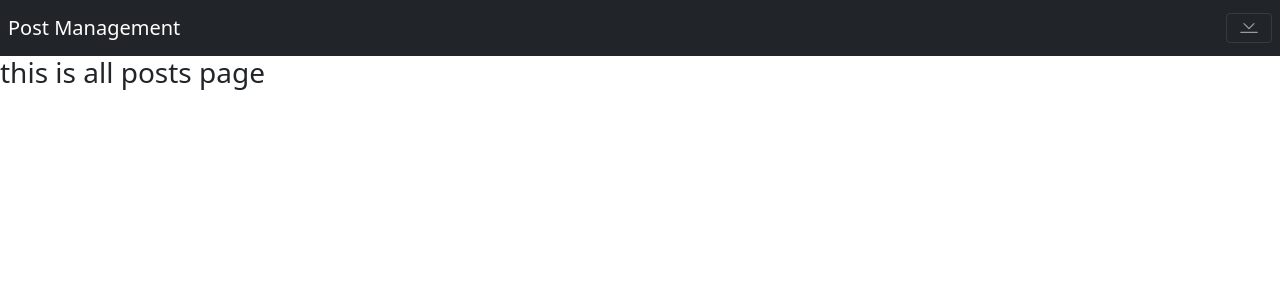
Repository: huynhnt1406/mySocialApp
Page: / (app in client/post-application/)
These files come from the project's save history. The page is drawn as it stood at one moment and after the next save; the edit follows.
The browser window is 1280 px wide. The pictures show the whole page.
The page's requests for data from a server got no answer. The project was rebuilt for these pictures with package versions that can differ from the ones it lists, and the page was loaded fresh each time. No one was signed in, and anything a server would have sent is missing. Also part of the build but not shown: client/post-application/src/components/CreatePost.vue.

Above is the page before, as saved 2021-05-25 00:16:18.

After the next save:
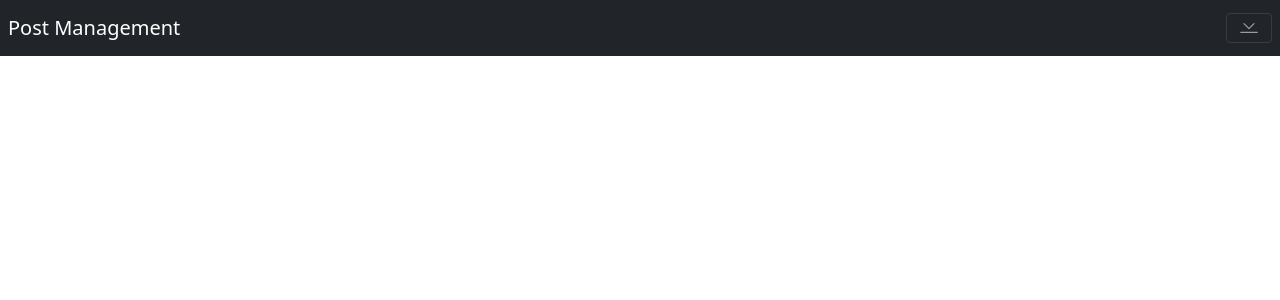
Saved 4 min 15 s later.
--- a/client/post-application/src/components/AllPosts.vue
+++ b/client/post-application/src/components/AllPosts.vue
@@ -1,5 +1,12 @@
 <template>
-  <h3>this is all posts page</h3>
+  <div class="posts-container">
+      <div class="posts">
+          <div class="each-posts" v-for="post in allPosts" :key="post._id">
+              <h3>{{post.title}}</h3>
+              <p>{{posts.content}}</p>
+          </div>
+      </div>
+  </div>
 </template>
 
 <script>
